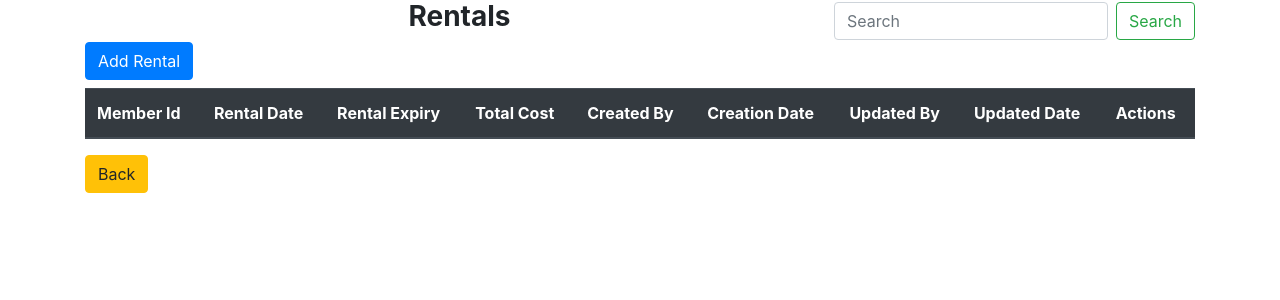
Repository: messimacky/Movie-Rental-System-Front-End
Page: /rentals
These files come from the project's save history. The page is drawn as it stood at one moment and after the next save; the edit follows.
The browser window is 1280 px wide. The pictures show the whole page.
The page's requests for data from a server got no answer. The project was rebuilt for these pictures with package versions that can differ from the ones it lists, and the page was loaded fresh each time. No one was signed in, and anything a server would have sent is missing. Also part of the build but not shown: src/services/movie.service.js, src/components/AddMovie.js, src/components/MoviesList.js, src/components/NotFound.js, src/components/login/Login.js, src/services/customer.service.js, src/components/AddCustomer.js, src/components/CustomerList.js and 5 more.

Above is the page before, as saved 2022-05-09 10:57:07.

### src/index.js
import { Auth0Provider } from '@auth0/auth0-react';
import React from 'react';
import ReactDOM from 'react-dom';
import App from './App';
const domain = process.env.REACT_APP_AUTH0_DOMAIN;
const clientId = process.env.REACT_APP_AUTH0_CLIENT_ID;

ReactDOM.render(
  <Auth0Provider
    domain={domain}
    clientId={clientId}
    redirectUri={window.location.origin}
  >
    <App />
  </Auth0Provider>,
  document.getElementById('root')
);

### src/App.js
import { BrowserRouter as Router, Switch, Route } from 'react-router-dom';
import AddMovie from './components/AddMovie';
import MoviesList from "./components/MoviesList";
import NotFound from "./components/NotFound";
import Login from './components/login/Login';
import AddCustomer from './components/AddCustomer'
import CustomersList from './components/CustomerList';
import RentalsList from './components/RentalsList';
import AddRental from './components/AddRental';
import FirstPage from './components/FirstPage';
import Signup from './components/signup/Signup';
import Home from './components/Home';
// import LoginButton from './components/LoginButton';
function App() {
  return (
    <Router>
      <div>
        <Switch>

          <Route exact path="/" component={FirstPage} />

          <Route path="/home" component={Home} />


          <Route exact path="/movies" component={MoviesList} />
          <Route path="/add-movie" component={AddMovie} />
          <Route path="/movies/edit/:id" component={AddMovie} />




          <Route exact path="/customers" component={CustomersList} />
          <Route path="/add-customer" component={AddCustomer} />
          <Route path="/customers/edit/:id" component={AddCustomer} />



          <Route path="/login" component={Login} />
          <Route path="/signup" component={Signup} />



          <Route exact path="/rentals" component={RentalsList} />
          <Route path="/add-rental" component={AddRental} />
          <Route path="/rentals/edit/:id" component={AddRental} />
          <Route path="*" component={NotFound} />
        </Switch>
      </div>
    </Router>
  )
}

export default App;

### src/components/RentalsList.js
import { useEffect, useState } from "react";
import 'bootstrap/dist/css/bootstrap.min.css';
import rentalService from "../services/rental.service";
import { Link } from "react-router-dom";

const RentalsList = () => {
    const [rentals, setRentals] = useState([]);


    useEffect(() => {
        init();

    }, [])

    const init = () => {
        rentalService.getAll()
            .then(response => {
                console.log(response.data);
                setRentals(response.data);

            })
            .catch(error => {
                console.log("Something went wrong", error);
            })
    }

    const handleDelete = id => {
        rentalService.remove(id)
            .then(response => {
                console.log("Rental deleted succesfully", response.data);
                init();

            })
            .catch(error => {
                console.log("Something went wrong", error);
            })
    }


    return (
        <div className="container">
            <form className="form-inline my-4 my-lg-0">
                <h3 className="mx-auto"><b>Rentals</b></h3>
                <input className="form-control mr-sm-2 ml-20" type="search" placeholder="Search" aria-label="Search" />
                <button className="btn btn-outline-success my-2 my-sm-0" type="submit">Search</button>

            </form>

            <div>
                <Link to="/add-rental" className="btn btn-primary mb-2">Add Rental</Link>




                <table className="table table-border table-sriped">
                    <thead className="thead-dark">
                        <tr>
                            <th>Member Id</th>
                            <th>Rental Date</th>
                            <th>Rental Expiry</th>
                            <th>Total Cost</th>
                            <th>Created By</th>
                            <th>Creation Date</th>
                            <th>Updated By</th>
                            <th>Updated Date</th>
                            <th>Actions</th>




                        </tr>
                    </thead>
                    <tbody>
                        {
                            rentals.map(rental => (
                                <tr key={rental.id} >
                                    <td>{rental.memberId}</td>
                                    <td>{rental.rentalDate}</td>
                                    <td>{rental.rentalExpiry}</td>
                                    <td>{rental.totalCost}</td>
                                    <td>{rental.createdBy}</td>
                                    <td>{rental.creationDate}</td>
                                    <td>{rental.lastModifiedBy}</td>
                                    <td>{rental.lastModifiedDate}</td>


                                    <td>
                                        <Link className="btn btn-info" to={`/rentals/edit/${rental.id}`}> Update</Link>
                                        <button className="btn btn-danger ml-2" onClick={(e) => {
                                            handleDelete(rental.id);
                                        }}>Delete</button>
                                    </td>

                                </tr>
                            ))
                        }
                    </tbody>
                </table>
            </div>
            <Link className="btn btn-warning" to="/home">Back</Link>
        </div>
    );
}

export default RentalsList;

### src/components/login/Login.css
body {
    margin: 0;
    padding: 0;
    /* font-family: sans-serif; */
    background-size: cover;
    background-repeat: no-repeat;
}



.form {
    position: absolute;
    top: 50%;
    left: 50%;
    border: none;
    transform: translate(-50%, -50%);
    width: 400px;
    min-height: 450px;
    background-color: #fff;
    box-shadow: 0 15px 50px rgba(0, 0, 0, 0.5);
    padding: 50px;
    box-sizing: border-box;

    /* background: url(data:[embedded picture, 5679 characters]); */
    /* background: url(https://picsum.photos/3000/2000/?image=1015); */



}

.form h2 {
    margin-left: 60px;
    margin-top: 40px;
    color: white;
    /* margin: 30 0 40px; */
    padding: 0;
    color: black;
}

.form .input-box {
    position: relative;
    margin: 5px 0;
}

.form .input-box input {
    width: 100%;
    font-size: px;
    border: none;
    border-bottom: 2px solid #777;
    outline: none;
    padding: 10px;
    padding-left: 30px;
    box-sizing: border-box;
    font-weight: bold;
    color: #777;
}

.form .input-box input:focus,
.form .input-box input:valid {
    border-bottom-color: #03a9f4;
}

.form .input-box .fa {
    position: absolute;
    top: 8px;
    left: 5px;
    font-size: 18px;
    color: #777;
}

.form .input-box input[type="submit"] {
    border: none;
    cursor: pointer;
    background-color: #03a9f4;
    color: #fff;
    font-weight: bold;
    transition: 0.5s;
}

.form .input-box input[type="submit"]:hover {
    background-color: #ff4987;

}

.form a {
    text-decoration: none;
    color: black;

    margin-top: 4px;
    margin-left: 170px;
    /* font-weight: bold; */
    display: inline-block;
    transition: 0.5s;
}


.submit {
    margin-top: 30px;
    margin-left: 30px;


}

.form a {
    margin-top: 20px;
    margin-left: 50px;
    color: black;
    color: blue;
}

.form button {
    margin-top: 10px;
    margin-left: 50px;
    color: black;
    outline: invert;

}

.form button :hover {

    color: blue;
}

### src/components/AddCustomer.css
body {
    margin: 0;
    padding: 0;
    /* font-family: sans-serif; */
    background-size: cover;
    background-repeat: no-repeat;
}



.form {
    position: absolute;
    top: 50%;
    left: 50%;
    border: none;
    transform: translate(-50%, -50%);
    width: 400px;
    min-height: 450px;
    background-color: #fff;
    box-shadow: 0 15px 50px rgba(0, 0, 0, 0.5);
    padding: 50px;
    box-sizing: border-box;

    /* background: url(data:[embedded picture, 5679 characters]); */
    /* background: url(https://picsum.photos/3000/2000/?image=1015); */



}

.form h2 {
    margin-left: 60px;
    margin-top: 40px;
    color: white;
    /* margin: 30 0 40px; */
    padding: 0;
    color: black;
}

.form .input-box {
    position: relative;
    margin: 5px 0;
}

.form .input-box input {
    width: 100%;
    font-size: px;
    border: none;
    border-bottom: 2px solid #777;
    outline: none;
    padding: 10px;
    padding-left: 30px;
    box-sizing: border-box;
    font-weight: bold;
    color: #777;
}

.form .input-box input:focus,
.form .input-box input:valid {
    border-bottom-color: #03a9f4;
}

.form .input-box .fa {
    position: absolute;
    top: 8px;
    left: 5px;
    font-size: 18px;
    color: #777;
}

.form .input-box input[type="submit"] {
    border: none;
    cursor: pointer;
    background-color: #03a9f4;
    color: #fff;
    font-weight: bold;
    transition: 0.5s;
}

.form .input-box input[type="submit"]:hover {
    background-color: #ff4987;

}

.form a {
    text-decoration: none;
    color: black;

    margin-top: 4px;
    margin-left: 170px;
    /* font-weight: bold; */
    display: inline-block;
    transition: 0.5s;
}


.submit {
    margin-top: 30px;
    margin-left: 30px;


}

.form a {
    margin-top: 20px;
    margin-left: 50px;
    color: black;
    color: blue;
}

.form button {
    margin-top: 10px;
    margin-left: 50px;
    color: black;
    outline: invert;

}

.form button :hover {

    color: blue;
}

### src/services/rental.service.js
import httpClient from '../http-common';

const getAll = () => {
    return httpClient.get('/rentals');
}

const create = (data) => {
    return httpClient.post("/rentals", data);
}

const get = id => {
    return httpClient.get(`/rentals/${id}`);
}

const update = (data) => {
    return httpClient.put('/rentals', data);
}

const remove = id => {
    return httpClient.delete(`/rentals/${id}`);
}

export default { getAll, create, get, update, remove };

### src/components/signup/Signup.css
body {
    margin: 0;
    padding: 0;
    /* font-family: sans-serif; */
    background-size: cover;
    background-repeat: no-repeat;
}



.form {
    position: absolute;
    top: 50%;
    left: 50%;
    border: none;
    transform: translate(-50%, -50%);
    width: 400px;
    min-height: 450px;
    background-color: #fff;
    box-shadow: 0 15px 50px rgba(0, 0, 0, 0.5);
    padding: 50px;
    box-sizing: border-box;

    /* background: url(data:[embedded picture, 5679 characters]); */
    /* background: url(https://picsum.photos/3000/2000/?image=1015); */



}

.form h2 {
    margin-left: 60px;
    margin-top: 40px;
    color: white;
    /* margin: 30 0 40px; */
    padding: 0;
    color: black;
}

.form .input-box {
    position: relative;
    margin: 5px 0;
}

.form .input-box input {
    width: 100%;
    font-size: px;
    border: none;
    border-bottom: 2px solid #777;
    outline: none;
    padding: 10px;
    padding-left: 30px;
    box-sizing: border-box;
    font-weight: bold;
    color: #777;
}

.form .input-box input:focus,
.form .input-box input:valid {
    border-bottom-color: #03a9f4;
}

.form .input-box .fa {
    position: absolute;
    top: 8px;
    left: 5px;
    font-size: 18px;
    color: #777;
}

.form .input-box input[type="submit"] {
    border: none;
    cursor: pointer;
    background-color: #03a9f4;
    color: #fff;
    font-weight: bold;
    transition: 0.5s;
}

.form .input-box input[type="submit"]:hover {
    background-color: #ff4987;

}

.form a {
    text-decoration: none;
    color: black;

    margin-top: 4px;
    margin-left: 170px;
    /* font-weight: bold; */
    display: inline-block;
    transition: 0.5s;
}


.submit {
    margin-top: 30px;
    margin-left: 30px;


}

.form a {
    margin-top: 20px;
    margin-left: 50px;
    color: black;
    color: blue;
}

.form button {
    margin-top: 10px;
    margin-left: 50px;
    color: black;
    outline: invert;

}

.form button :hover {

    color: blue;
}

### src/http-common.js
import axios from "axios";


export default axios.create({
    baseURL: 'http://localhost:8080',
    headers: {
        'Content_Type': 'application/json'
    }

});

Loaded but not shown: public/index.html (common file)

After the next save:
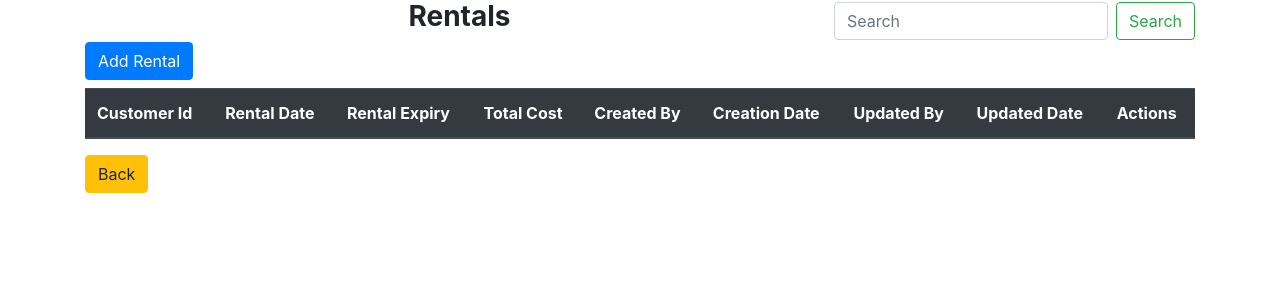
Saved 88 s later.
--- a/src/components/RentalsList.js
+++ b/src/components/RentalsList.js
@@ -55,7 +55,7 @@ const RentalsList = () => {
                 <table className="table table-border table-sriped">
                     <thead className="thead-dark">
                         <tr>
-                            <th>Member Id</th>
+                            <th>Customer Id</th>
                             <th>Rental Date</th>
                             <th>Rental Expiry</th>
                             <th>Total Cost</th>
@@ -74,6 +74,7 @@ const RentalsList = () => {
                         {
                             rentals.map(rental => (
                                 <tr key={rental.id} >
+
                                     <td>{rental.memberId}</td>
                                     <td>{rental.rentalDate}</td>
                                     <td>{rental.rentalExpiry}</td>
